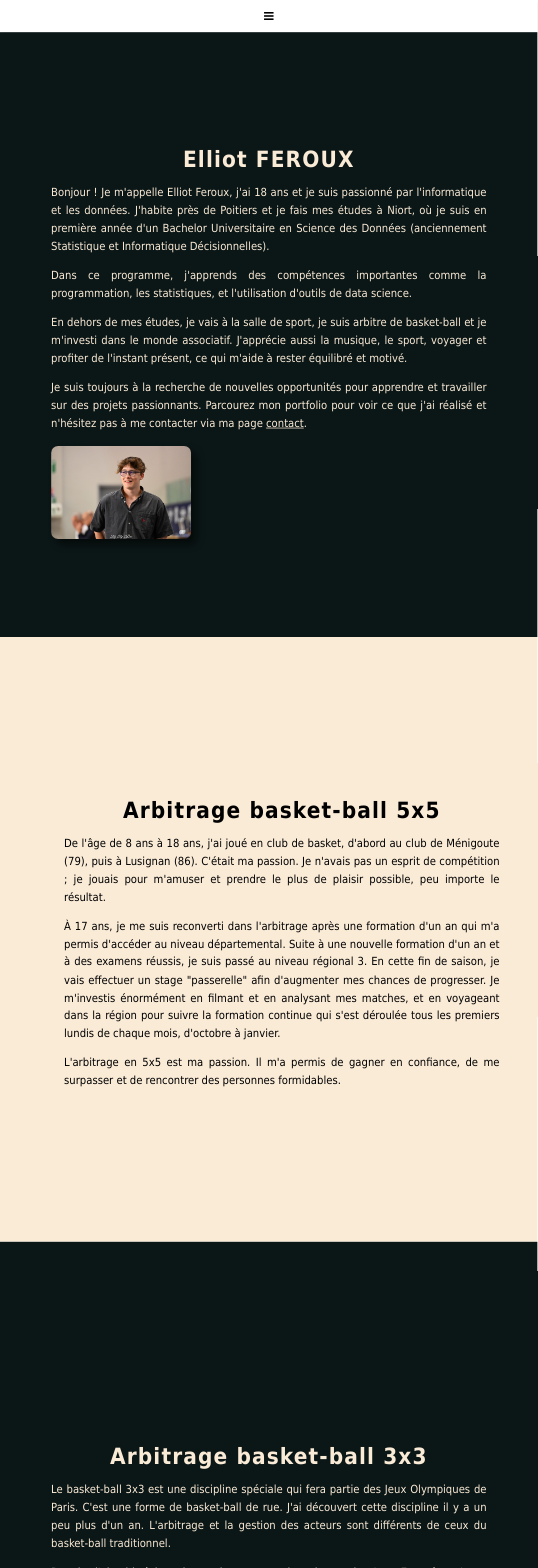
Repository: elliotfx/elliotfx.github.io
Page: html/apropos.html
These files come from the project's save history. The page is drawn as it stood at one moment and after the next save; the edit follows.
The browser window is 768 px wide. The pictures show the part of the page from y = 0 to 2240 px (the page is 5230 px tall), at 70% of full size.

Above is the page before, as saved 2025-03-20 21:26:30.

### html/apropos.html
<!doctype html>
<html lang="fr">
<head>
  <meta charset="UTF-8">
  <meta name="viewport" content="width=device-width, initial-scale=1.0">
  <meta name="author" content="Elliot FEROUX">
  <meta name="description" content="Portfolio de Elliot FEROUX">
  <title>Mes Projets (Portfolio Elliot FEROUX)</title>
  <link rel="stylesheet" type="text/css" href="./../css/apropos.css" media="screen">
  <link rel="preconnect" href="https://fonts.googleapis.com">
  <link rel="preconnect" href="https://fonts.gstatic.com" crossorigin>
  <link href="https://fonts.googleapis.com/css2?family=Kanit:ital,wght@0,100;0,200;0,300;0,400;0,500;0,600;0,700;0,800&display=swap" rel="stylesheet">
  <link rel="stylesheet" href="../css/font-awesome-4.7.0/css/font-awesome.min.css">
  <link rel="shortcut icon" href="SD.png" type="image/x-icon">
  <script src="../JS/script_projets.js"></script>
</head>
<body>
  <header>
    <div class="navbar" id="nav">
      <div class="burger-container">
        <i class="fa fa-bars iconeburger" aria-hidden="true"></i>
      </div>
      <ul class="navbar-menu">
        <li class="link-nav-underline"><a href="bilan.html">BILAN PERSONNEL</a></li>
        <li class="link-nav-underline-projet"><a href="projets.html">PROJETS</a></li>
        <li class="logo">
          <a href="https://iutp.univ-poitiers.fr/sd/" target="_blank">
            <img src="./../Images/SD.png" alt="Logo BUT Sciences des Données">
          </a>
        </li>
        <li class="link-nav-underline"><a href="apropos.html">A PROPOS</a></li>
        <li class="link-nav-underline"><a href="contact.html">CONTACT</a></li>
      </ul>
    </div>

    <div id="burgerbar">
      <a href="https://iutp.univ-poitiers.fr/sd/" target="_blank">
        <img src="./../Images/SD.png" alt="Logo BUT Sciences des Données" class="logo-burger">
      </a>
      <i class="fa fa-times iconeburgerclose" aria-hidden="true"></i>
      <ul class="burger-menu-list">
        <li class="link-nav-underline"><a href="bilan.html">BILAN PERSONNEL</a></li><br>
        <li class="link-nav-underline"><a href="projets1.html">PROJETS</a></li><br>
        <li class="link-nav-underline"><a href="apropos.html">A PROPOS</a></li><br>
        <li class="link-nav-underline"><a href="contact.html">CONTACT</a></li>
      </ul>
    </div>
  </header>

  <main>
    <!-- Section 1 : Texte à gauche, image à droite -->
    <section class="section noir">
      <div class="container">
        <div class="text-block">
          <h2 class="title">Elliot FEROUX</h2>
          <div class="contenu">
            <p>Bonjour ! Je m'appelle Elliot Feroux, j'ai 18 ans et je suis passionné par l'informatique et les données. J'habite près de Poitiers et je fais mes études à Niort, où je suis en première année d'un Bachelor Universitaire en Science des Données (anciennement Statistique et Informatique Décisionnelles).</p>
            <p>Dans ce programme, j'apprends des compétences importantes comme la programmation, les statistiques, et l'utilisation d'outils de data science.</p>
            <p>En dehors de mes études, je vais à la salle de sport, je suis arbitre de basket-ball et je m'investi dans le monde associatif. J'apprécie aussi la musique, le sport, voyager et profiter de l'instant présent, ce qui m'aide à rester équilibré et motivé.</p>
            <p>Je suis toujours à la recherche de nouvelles opportunités pour apprendre et travailler sur des projets passionnants. Parcourez mon portfolio pour voir ce que j'ai réalisé et n'hésitez pas à me contacter via ma page <a href="contact.html" class="liens">contact</a>.</p>
          </div>
          <div class="img-bas">
            <img src="./../Images/photo2.JPG" alt="Photo de Elliot FEROUX">
          </div>
        </div>
        <div class="image-block">
          <img src="./../Images/photo2.JPG" alt="Photo de Elliot FEROUX">
        </div>
      </div>

    </section>

    <!-- Section 2 : Texte à droite, image à gauche (inversion automatique) -->
    <section class="section blanc">
      <div class="container">
        <div class="text-block">
          <h2 class="title">Arbitrage basket-ball 5x5</h2>
          <div class="contenu">
            <p>De l'âge de 8 ans à 18 ans, j'ai joué en club de basket, d'abord au club de Ménigoute (79), puis à Lusignan (86). C'était ma passion. Je n'avais pas un esprit de compétition ; je jouais pour m'amuser et prendre le plus de plaisir possible, peu importe le résultat.</p>
            <p>À 17 ans, je me suis reconverti dans l'arbitrage après une formation d'un an qui m'a permis d'accéder au niveau départemental. Suite à une nouvelle formation d'un an et à des examens réussis, je suis passé au niveau régional 3. En cette fin de saison, je vais effectuer un stage "passerelle" afin d'augmenter mes chances de progresser. Je m'investis énormément en filmant et en analysant mes matches, et en voyageant dans la région pour suivre la formation continue qui s'est déroulée tous les premiers lundis de chaque mois, d'octobre à janvier.</p>
            <p>L'arbitrage en 5x5 est ma passion. Il m'a permis de gagner en confiance, de me surpasser et de rencontrer des personnes formidables.</p>
          </div>
        </div>
        <div class="image-block">
          <img src="./../Images/55.JPEG" alt="Photo de Elliot FEROUX arbitre">
        </div>
      </div>
    </section>

    <!-- Section 3 : Texte à gauche, image à droite -->
    <section class="section noir">
      <div class="container">
        <div class="text-block">
          <h2 class="title">Arbitrage basket-ball 3x3</h2>
          <div class="contenu">
            <p>Le basket-ball 3x3 est une discipline spéciale qui fera partie des Jeux Olympiques de Paris. C'est une forme de basket-ball de rue. J'ai découvert cette discipline il y a un peu plus d'un an. L'arbitrage et la gestion des acteurs sont différents de ceux du basket-ball traditionnel.</p>
            <p>Depuis, j'ai arbitré lors de nombreux tournois, tels que les <a href="http://ffse.fr/nos-actions/jeux/europeeens/#:~:text=LES%20JEUX%20EUROP%C3%89ENS,-Les%20Jeux%20Europ%C3%A9ens&text=Cette%20grande%20f%C3%AAte%20du%20sport,14%20au%2018%20juin%202023." class="liens">Jeux Européens Inter-Entreprises de Bordeaux</a>, <a href="https://www.poitevins.fr/urbanpb#:~:text=Urban%20PB%20est%20un%20tournoi,qualification%20entre%20avril%20et%20juin." class="liens">l'Urban PB de Poitiers</a>, ou encore le <a href="https://play.fiba3x3.com/events/dfd86fbb-793f-4384-a0a0-58e7211858ba?fbclid=IwAR3QWv89srzKISg9u5xH8Kk9xjBphCmSoV1SZCdJkw5wBuWZTOqwaH6c468" class="liens">Tournoi International du Grand Cognac</a>. Cette discipline me passionne tout autant, car elle me permet de voyager davantage, de profiter du basket en plein air, et même de découvrir de nouveaux horizons.</p>
          </div>
        </div>
        <div class="image-block">
          <img src="./../Images/PB.JPEG" alt="Photo de Elliot FEROUX">
        </div>
      </div>
    </section>

    <!-- Section 4 : Texte à droite, image à gauche -->
    <section class="section blanc">
      <div class="container">
        <div class="text-block">
          <h2 class="title">Bénévolat - Mélusik</h2>
          <div class="contenu">
            <p>Mes parents m'ont toujours immergé dans la musique, mon père étant guitariste et ma mère accordéoniste et chanteuse. Personnellement, je me contente d'écouter de la musique. Ils ont toujours été bénévoles dans une association musicale, et depuis deux ans, je le suis également. Lors de l'édition 2023, j'étais bénévole à la restauration, où je préparais les sandwiches et m'occupais de la logistique en arrière-plan. Je n'ai pas vraiment apprécié cette tâche car il n'y avait pas de contact avec les clients et je ne pouvais pas profiter de la musique.</p>
            <p>Cette année, j'ai été à l'accueil, en charge de servir les clients en jetons, de gérer les retours de caution, et de répondre à toutes les questions des festivaliers. J'ai beaucoup aimé ce poste car il impliquait beaucoup de contact avec les clients, la gestion d'argent, et des responsabilités. De plus, cela m'a permis de travailler sur ma confiance en moi et de veiller à ce que les festivaliers aient une bonne impression du festival dès leur arrivée.</p>
          </div>
        </div>
        <div class="image-block">
          <img src="./../Images/melu.jpeg" alt="Festival Mélusik affiche">
        </div>
      </div>
    </section>

    <!-- Section 5 : Texte à gauche, image à droite -->
    <section class="section noir">
      <div class="container">
        <div class="text-block">
          <h2 class="title">Arbitrage Universitaire</h2>
          <div class="contenu">
            <p>Depuis le début de l'année universitaire 2024 - 2025, j'arbitre à l'université, je me rends souvent à Poitiers le jeudi après-midi afin d'arbitrer des matchs au niveau Académique et Inter-Académique. J'ai nottament pu arbitrer la finale inter-académique avec les équipes de l'ENSMA - Chasseneuil, Toulon et La Rochelle.</p>
            <p>Les matchs Inter-Université me permettent de prendre de l'expérience car on y retrouve des joueurs de plus ou moins haut niveau. J'arbitre actuellement en Régional 3 et je peux me retrouver à arbitrer des joueurs de niveau Régionale 1 voire Nationale 3. C'est toujours de l'expérience à prendre et je m'épanouis énormément. Cela me permet de pratiquer d'autant plus ma passion.</p>
          </div>
        </div>
        <div class="image-block">
          <img src="./../Images/univ.png" alt="Arbitrage Universitaire">
        </div>
      </div>
    </section>

    <section class="section blanc">
        <div class="container">
          <div class="text-block">
            <h2 class="title">Ecole d'arbitrage</h2>
            <div class="contenu">
                <p>Depuis le début de l'année universitaire 2024-2025, je m'investis activement dans l'école d'arbitrage de mon club de Basket, Chauray. Je m'occupe de préparer des séances théoriques <a href="./../Images/ecolearb.pdf" target="_blank" class="liens">(cf pdf pour un exemple de séance).</a> Nous nous servons de matchs de jeunes afin de les accompagner dans leur évolution. Si possible, nous pouvons les suivre dans leurs matchs "officiels", afin de leur donner plus de conseils.</p>
                <p>J'aime réellement former, cela me permet de partager ma passion, transmettre mes connaissances et de gagner en maturité. Cela m'apporte beaucoup.</p>
            </div>
          </div>
          <div class="image-block">
            <img src="./../Images/ecole.JPG" alt="ecole">
          </div>
        </div>
      </section>
  </main>
</body>
</html>

### css/apropos.css
@import "navbar_stylesheet.css";

body {
  margin: 0;
  padding: 0;
  font-family: 'Tahoma', sans-serif;
}

.img-bas{
    display: none;
}

/* Style de base pour chaque section */
.section {
  min-height: 100vh;
  display: flex;
  align-items: center;
  justify-content: center;
  padding: 2rem 0;
  position: relative;
}

/* Fond sombre et texte clair */
.section.noir {
  background-color: #0B1616;
  color: antiquewhite;
}

/* Fond clair et texte foncé */
.section.blanc {
  background-color: antiquewhite;
  color: #000;
}

/* Container central en flex */
.container {
  width: 90%;
  max-width: 1200px;
  display: flex;
  flex-direction: row;
  align-items: center;
  justify-content: space-between;
  gap: 2rem;
  margin: auto;
}

/* Inversion de l'ordre pour les sections paires */
.section:nth-of-type(even) .container {
  flex-direction: row-reverse;
}

/* Bloc de texte */
.text-block {
  width: 50%;
  padding: 1rem;
}

/* Style du titre */
.title {
  font-weight: bold;
  letter-spacing: 0.05em;
  font-size: 2em;
  margin-bottom: 1rem;
}

/* Bloc image */
.image-block {
  width: 50%;
  display: flex;
  align-items: center;
  justify-content: center;
}

.image-block img {
  width: 80%;
  height: auto;
  border-radius: 10px;
  box-shadow: 8px 8px 10px 0 rgba(0, 0, 0, 0.5);
}

/* Style des liens */
a {
  color: inherit;
}

/* Mise en forme du contenu textuel */
.contenu p {
  text-align: justify;
  line-height: 1.6;
}

.liens{
    text-decoration: underline;
}

@media screen and (max-width: 900px) {
    .image-block {
        display: none;
    }

    .text-block {
        width: 90%;
        text-align: center;
    }

    .container {
        flex-direction: column;
        align-items: center;
        text-align: center;
        position: relative;
    }

    .img-bas {
        display: block;
        width: 50%;  /* Ajuste la taille */
        max-width: 200px; /* Évite que l’image devienne trop grande */
        margin-top: 20px; /* Ajoute de l'espace sous le texte */
    }

    .img-bas img {
        width: 100%;
        max-width: 200px; /* Taille max */
        height: auto;
        border-radius: 10px;
        box-shadow: 8px 8px 10px 0 rgba(0, 0, 0, 0.5);
    }
}

### css/navbar_stylesheet.css
html,
body {
    overflow-x: hidden;
}

ul {
    list-style-type: none;
    padding: 0;
    margin: 0;
}

header {
    background-color: #ffffff;
    box-shadow: 3px 3px 4px rgba(205, 205, 205, 0.5);
    display: flex;
    justify-content: center;
    align-items: center;
    padding: 15px;
    z-index: 2000;
}

.navbar {
    width: 100%;
    display: flex;
    justify-content: center;
    align-items: center;
}

/* Modification principale pour répartir équitablement les éléments */
.navbar-menu {
    display: flex;
    justify-content: space-around;
    align-items: center;
    width: 100%;
}

.logo img {
    width: 50px;
    height: 50px;
}

/* Effet souligné au survol */
.link-nav-underline, .link-nav-underline-projet {
    display: inline-block;
    position: relative;
    text-decoration: none;
    color: inherit;
}

.link-nav-underline::after,
.link-nav-underline-projet::after {
    content: "";
    display: block;
    position: absolute;
    bottom: 0;
    left: 0;
    width: 100%;
    height: 2px;
    background: #000;
    transform: scaleX(0);
    transition: transform 0.2s ease-in-out;
    transform-origin: left;
}

.link-nav-underline:hover::after,
.link-nav-underline-projet:hover::after {
    transform: scaleX(1);
}

/* Style du menu burger */
.burger-container {
    display: none;
    cursor: pointer;
}

#burgerbar {
    height: 100vh;
    width: 50%;
    background-color: #fff;
    position: fixed;
    top: 0;
    left: -100%;
    display: flex;
    flex-direction: column;
    align-items: center;
    justify-content: center;
    z-index: 3000;
    transition: left 0.3s ease-in-out;
    padding: 20px;
    box-shadow: 2px 0 5px rgba(0, 0, 0, 0.5);
}

/* Responsive pour mobiles */
@media screen and (max-width: 900px) {
    .navbar-menu {
        display: none;
    }

    .burger-container {
        display: flex;
    }

    .burger-menu-list {
        display: block;
        text-align: center;
    }

    .burger-menu-list li {
        margin: 15px 0;
    }
}


a{
    color: inherit;
    text-decoration: none;
}

.logo-burger{
    width: 50px;
    height: 50px;
}

Loaded but not shown: css/font-awesome-4.7.0/css/font-awesome.min.css (library); JS/script_projets.js (no copy from this time; the picture is the same without it)

After the next save:
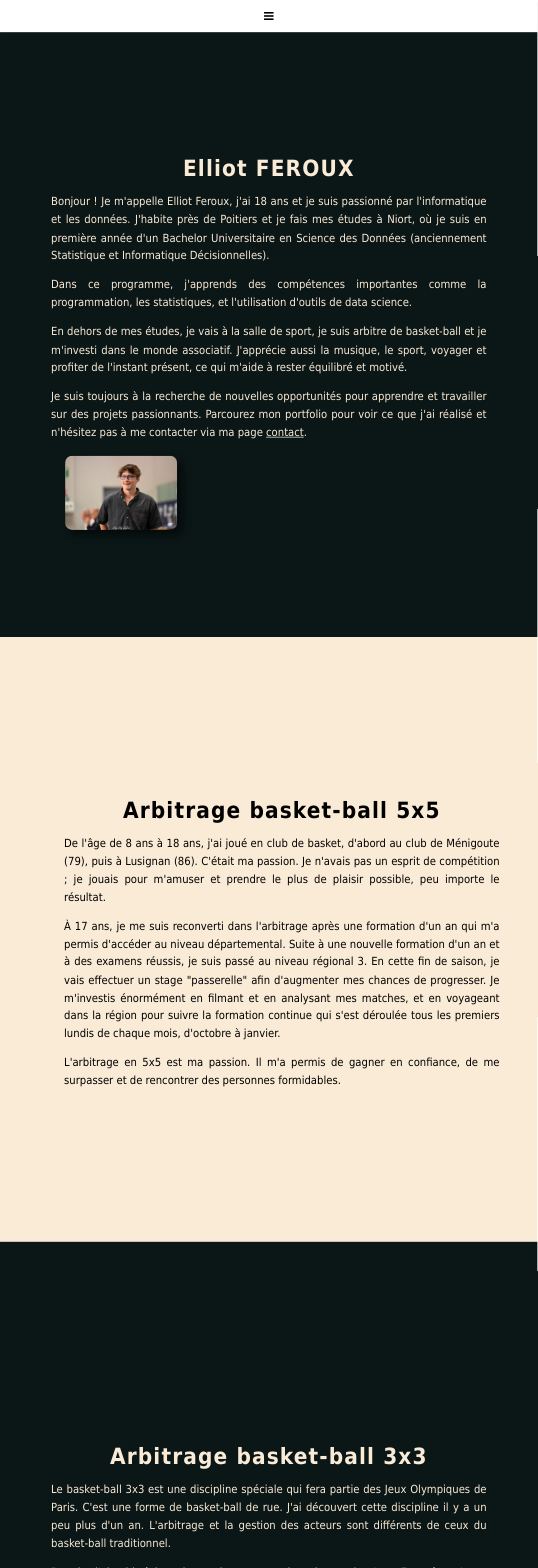
Saved 36 s later.
--- a/css/apropos.css
+++ b/css/apropos.css
@@ -119,7 +119,7 @@
 
     .img-bas img {
         width: 100%;
-        max-width: 200px; /* Taille max */
+        max-width: 20vh; /* Taille max */
         height: auto;
         border-radius: 10px;
         box-shadow: 8px 8px 10px 0 rgba(0, 0, 0, 0.5);

After the save that followed:
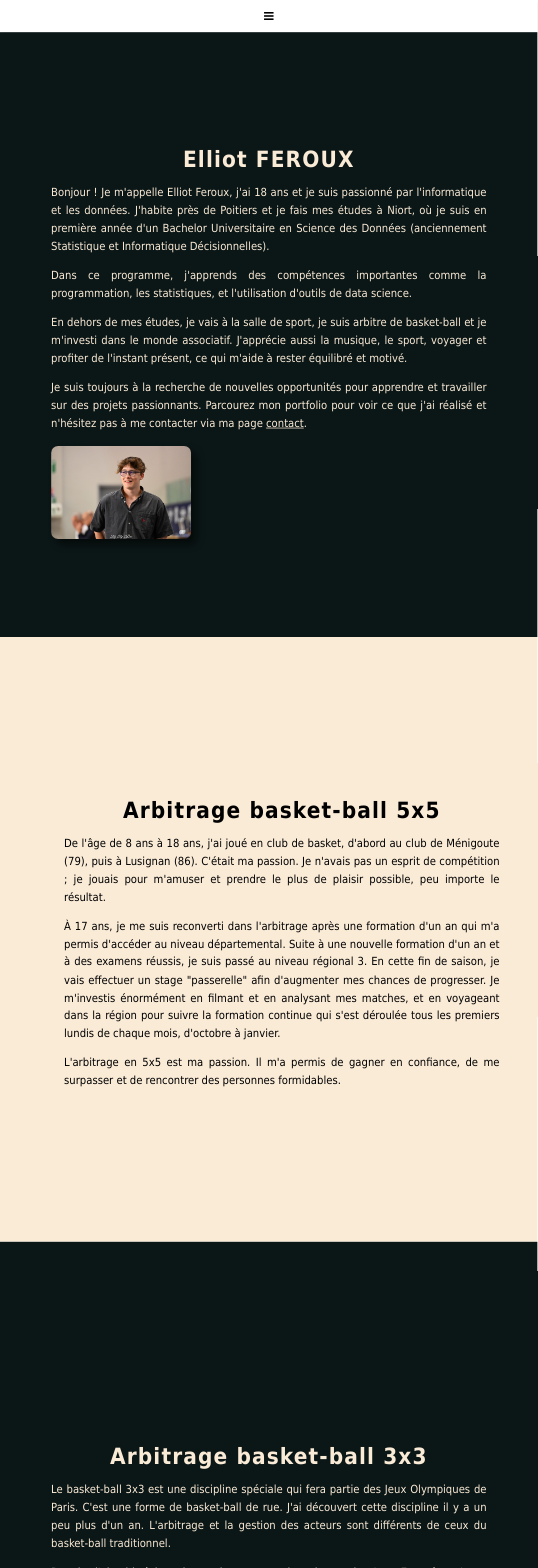
Saved 8 s later.
--- a/css/apropos.css
+++ b/css/apropos.css
@@ -119,7 +119,7 @@
 
     .img-bas img {
         width: 100%;
-        max-width: 20vh; /* Taille max */
+        max-width: 200px; /* Taille max */
         height: auto;
         border-radius: 10px;
         box-shadow: 8px 8px 10px 0 rgba(0, 0, 0, 0.5);
